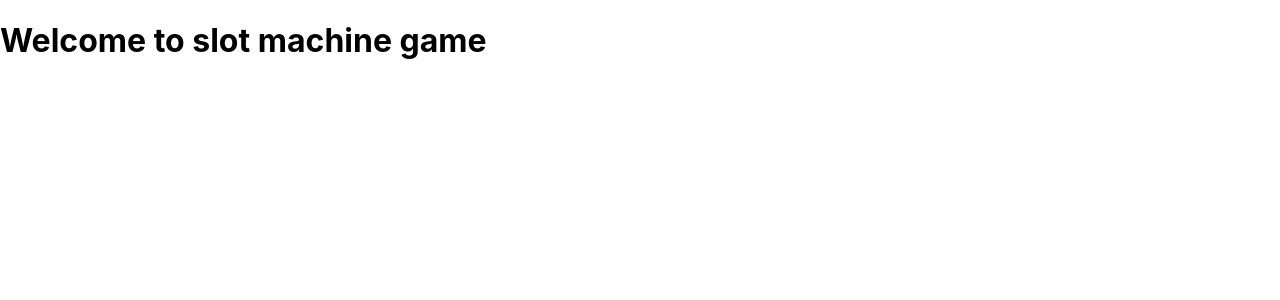
Repository: duggallakshya/slotMachineReact
Page: /
These files come from the project's save history. The page is drawn as it stood at one moment and after a run of saves; the edit follows.
The browser window is 1280 px wide. The pictures show the whole page.
The project was rebuilt for these pictures with package versions that can differ from the ones it lists, and the page was loaded fresh each time.

Above is the page before, as saved 2022-03-22 21:14:54.

### src/index.js
import React from 'react';
import ReactDOM from 'react-dom';
import './index.css';
import App from './App';

ReactDOM.render(
  <App />,
  document.getElementById('root')
)

### src/App.jsx
import React from 'react'

const App = () => {
    return(
        <>
            <h1>Welcome to slot machine game</h1>
        </>
    )
}

export default App

Loaded but not shown: public/index.html (common file); src/index.css (common file)

After the next 2 saves:
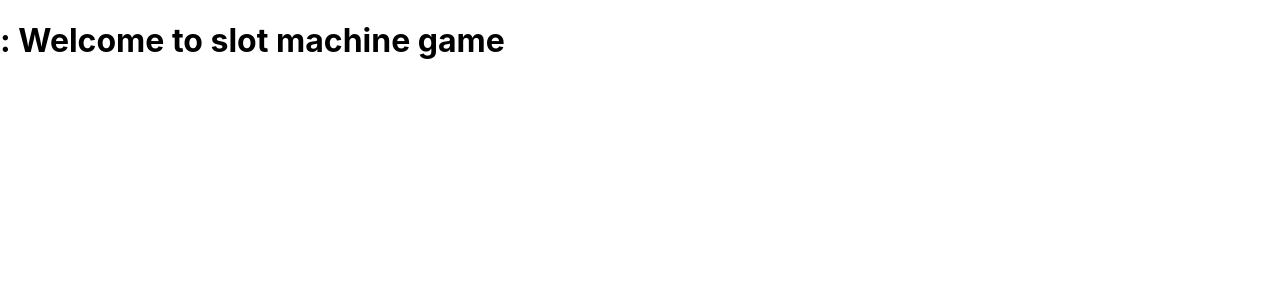
The 2 saves are shown as one change because they came seconds apart.
The last was saved 12 s later.
--- a/src/App.jsx
+++ b/src/App.jsx
@@ -3,9 +3,9 @@ import React from 'react'
 const App = () => {
     return(
         <>
-            <h1>Welcome to slot machine game</h1>
+            <h1> :    Welcome to slot machine game</h1>
         </>
     )
 }
 
-export default App
+export default App;
